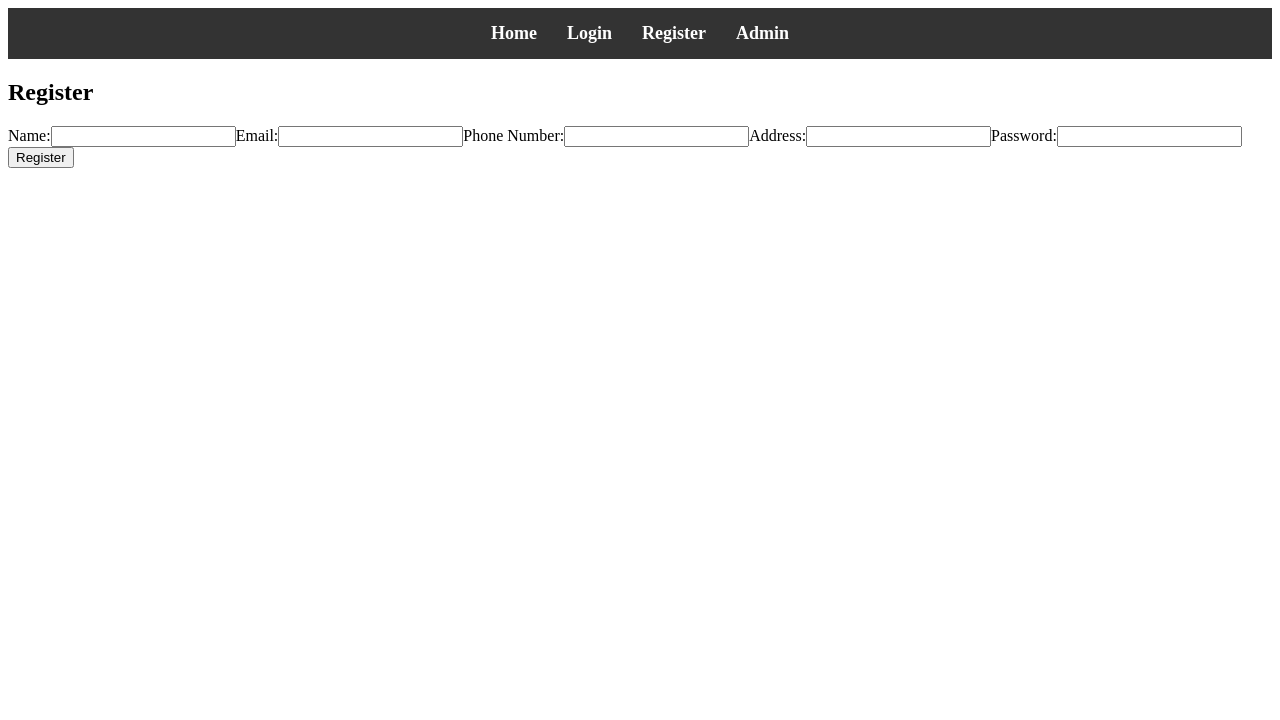
Repository: AhmedIbu/angular-login-app
Page: /register (app in angular-login-app/)
The author's editor kept a copy of each file at every save. The page is drawn from the files as they stood at one save, then again after the next save.
The browser window is 1280 px wide. The pictures show the whole page.
The project was rebuilt for these pictures with package versions that can differ from the ones it lists, and the page was loaded fresh each time. Also part of the build but not shown: angular-login-app/angular.json, angular-login-app/src/app/home/home.component.ts, angular-login-app/src/app/login/login.component.ts, angular-login-app/src/app/services/auth.service.ts, angular-login-app/src/app/admin-dashboard/admin-dashboard.component.ts, angular-login-app/src/app/admin-login/admin-login.component.ts, angular-login-app/src/app/user-dashboard/user-dashboard.component.ts.

Above is the page before, as saved 2025-02-21 11:16:36.

### angular-login-app/src/index.html
<!doctype html>
<html lang="en">
<head>
  <meta charset="utf-8">
  <title>AngularLoginApp</title>
  <base href="/">
  <meta name="viewport" content="width=device-width, initial-scale=1">
  <link rel="icon" type="image/x-icon" href="favicon.ico">
</head>
<body>
  <app-root></app-root>
</body>
</html>

### angular-login-app/src/styles.css
/*  app components css   */

/* Style the navigation bar */
.navbar {
  background: #333;
  padding: 15px;
  text-align: center;
}

/* Style the list */
.nav-list {
  list-style: none;
  padding: 0;
  margin: 0;
  display: flex;
  justify-content: center;
}

/* Style the navigation links */
.nav-list li {
  margin: 0 15px;
}

.nav-link {
  text-decoration: none;
  color: white;
  font-size: 18px;
  font-weight: bold;
  transition: color 0.3s ease-in-out;
}

/* Hover effect */
.nav-link:hover {
  color: #00c8ff;
}

/* Responsive design */
@media (max-width: 600px) {
  .nav-list {
    flex-direction: column;
  }

  .nav-list li {
    margin-bottom: 10px;
  }
}

### angular-login-app/src/main.ts
import { bootstrapApplication } from '@angular/platform-browser';
import { appConfig } from './app/app.config';
import { AppComponent } from './app/app.component';
import { provideHttpClient } from '@angular/common/http';

bootstrapApplication(AppComponent, {
  ...appConfig, // ✅ Spread existing config
  providers: [
    ...appConfig.providers, // ✅ Keep existing providers
    provideHttpClient() // ✅ Ensure HTTP client is provided
  ]
}).catch(err => console.error(err));

### angular-login-app/src/app/app.config.ts
import { ApplicationConfig } from '@angular/core';
import { provideRouter, Routes } from '@angular/router';
import { provideHttpClient } from '@angular/common/http';

// ✅ Import standalone components
import { HomeComponent } from './home/home.component';
import { LoginComponent } from './login/login.component';
import { RegisterComponent } from './register/register.component';
import { AdminDashboardComponent } from './admin-dashboard/admin-dashboard.component';
import { AdminLoginComponent } from './admin-login/admin-login.component';
import { UserDashboardComponent } from './user-dashboard/user-dashboard.component';

// ✅ Define routes
const routes: Routes = [
  { path: '', component: HomeComponent}, // Default route
  { path: 'login', component: LoginComponent },
  { path: 'register', component: RegisterComponent },
  { path: 'admin-login', component: AdminLoginComponent },
  { path: 'user-dashboard', component: UserDashboardComponent },
  { path: 'admin-dashboard', component: AdminDashboardComponent },
  { path: '**', redirectTo: 'user-dashboard' } // Catch-all for unknown routes
];

export const appConfig: ApplicationConfig = {
  providers: [
    provideRouter(routes),
    provideHttpClient()
  ]
};

### angular-login-app/src/app/app.component.ts
import { Component } from '@angular/core';
import { RouterModule } from '@angular/router';

@Component({
  selector: 'app-root',
  standalone: true,
  imports: [RouterModule],
  templateUrl: './app.component.html',
  styleUrls: ['./app.component.css','../styles.css']
})
export class AppComponent { }

### angular-login-app/src/app/register/register.component.ts
import { CommonModule } from '@angular/common';
import { Component } from '@angular/core';
import { FormsModule } from '@angular/forms';
import { UserService } from '../services/user.service';

@Component({
  selector: 'app-register',
  standalone: true,
  imports: [CommonModule, FormsModule],
  templateUrl: './register.component.html',
  styleUrls: ['./register.component.css']
})
export class RegisterComponent {
  user = { name: '', email: '', phone: '', address: '', password: '' };
  errorMessage = '';
  successMessage = '';
  loading = false; // ✅ Added loading state

  constructor(private userService: UserService) {}

  registerUser() {
    // ✅ Prevent duplicate submissions
    if (this.loading) return;

    // ✅ Validate form fields
    if (!this.validateForm()) {
      this.errorMessage = "All fields are required";
      return;
    }

    // ✅ Show loading state
    this.loading = true;
    this.errorMessage = '';
    this.successMessage = '';

    console.log('📤 Sending Data:', this.user); // Debugging

    this.userService.registerUser(this.user).subscribe({
      next: (response: any) => {
        console.log('✅ Registration successful:', response);
        this.successMessage = response.message || 'User Registered Successfully!';
        alert(this.successMessage);
        this.resetForm();
      },
      error: (error) => {
        console.error('❌ Registration failed:', error);
        this.errorMessage = error.error?.message || 'Registration failed. Try again.';
        alert(this.errorMessage);
      },
      complete: () => {
        this.loading = false; // ✅ Re-enable form after request completes
      }
    });
  }

  private validateForm(): boolean {
    return Object.values(this.user).every(value => value.trim() !== '');
  }

  private resetForm() {
    this.user = { name: '', email: '', phone: '', address: '', password: '' };
    this.errorMessage = '';
    this.successMessage = '';
  }
}

### angular-login-app/src/app/app.component.html
<nav class="navbar">
  <ul class="nav-list">
    <li><a routerLink="/" class="nav-link">Home</a></li>
    <li><a routerLink="/login" class="nav-link">Login</a></li>
    <li><a routerLink="/register" class="nav-link">Register</a></li>
    <li><a routerLink="/admin-login" class="nav-link">Admin</a></li>
  </ul>
</nav>

<router-outlet></router-outlet>

### angular-login-app/src/app/register/register.component.html
<div class=""></div>
<h2>Register</h2>
<form (ngSubmit)="registerUser()">
  <label>Name:</label>
  <input type="text" [(ngModel)]="user.name" name="name" required>

  <label>Email:</label>
  <input type="email" [(ngModel)]="user.email" name="email" required>

  <label>Phone Number:</label>
  <input type="text" id="phone" [(ngModel)]="user.phone" name="phone" required>

  <label for="address">Address:</label>
  <input type="text" id="address" [(ngModel)]="user.address" name="address" required>

  <label>Password:</label>
  <input type="password" [(ngModel)]="user.password" name="password" required>

  <button type="submit">Register</button>

  <p *ngIf="errorMessage" style="color: red;">{{ errorMessage }}</p>
</form>

### angular-login-app/src/app/register/register.component.css
/* Centering the register form */
.register-container {
    display: flex;
    justify-content: center;
    align-items: center;
    height: 100vh;
    background: linear-gradient(135deg, #ff9a9e, #fad0c4);
  }

  /* Glassmorphism effect for the form */
  .register-box {
    background: rgba(255, 255, 255, 0.2);
    backdrop-filter: blur(10px);
    border-radius: 12px;
    padding: 30px;
    box-shadow: 0 4px 6px rgba(0, 0, 0, 0.1);
    width: 320px;
    text-align: center;
    color: #fff;
  }

  /* Styling form elements */
  .register-box h2 {
    margin-bottom: 20px;
    font-size: 24px;
    font-weight: bold;
  }

  .register-box input {
    width: 100%;
    padding: 10px;
    margin: 10px 0;
    border: none;
    border-radius: 5px;
    font-size: 16px;
  }

  /* Register button styles */
  .register-btn {
    background: #ff758c;
    color: white;
    border: none;
    padding: 10px;
    font-size: 18px;
    width: 100%;
    border-radius: 5px;
    cursor: pointer;
    transition: 0.3s;
  }

  .register-btn:hover {
    background: #ff5277;
    transform: scale(1.05);
  }

  /* Style for the "Already have an account?" text */
  .register-box p {
    margin-top: 10px;
    font-size: 14px;
  }

  .register-box a {
    color: #fff;
    text-decoration: underline;
    transition: 0.3s;
  }

  .register-box a:hover {
    color: #ff5277;
  }

### angular-login-app/src/app/services/user.service.ts
import { Injectable } from '@angular/core';
import { HttpClient , HttpHeaders} from '@angular/common/http';
import { Observable } from 'rxjs';

@Injectable({
  providedIn: 'root'
})
export class UserService {
  private apiUrl = 'http://127.0.0.1:5000/get-users'; // Flask backend base URL

  constructor(private http: HttpClient) {}

  registerUser(userData: any) {
    return this.http.post('http://127.0.0.1:5000/register', userData, {
      headers: { 'Content-Type': 'application/json' }
    });
  }

  loginUser(credentials: any): Observable<any> {
    return this.http.post(`${this.apiUrl}/login`, credentials);
  }

  getUsers(): Observable<any> {
    const token = localStorage.getItem('token');
    const headers = new HttpHeaders({ 'Authorization': `Bearer ${token}` });

    return this.http.get<any>(this.apiUrl, { headers });
  }


  addUser(userData: any): Observable<any> {
    return this.http.post(`${this.apiUrl}/add-user`, userData);
  }
}

Loaded but not shown: angular-login-app/src/app/app.component.css (no stored copy; drawn as an empty file)

After the next save:
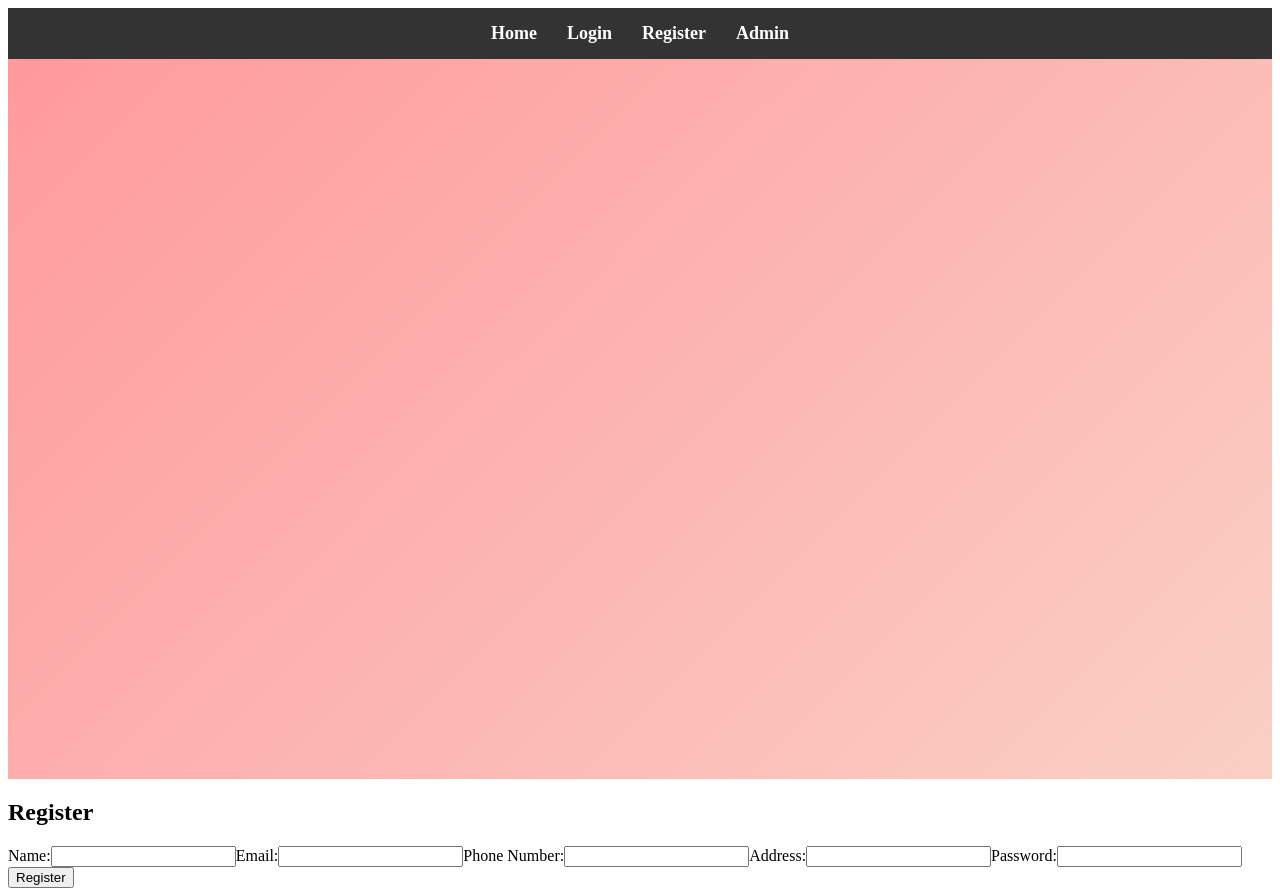
Saved 4 s later.
--- a/angular-login-app/src/app/register/register.component.html
+++ b/angular-login-app/src/app/register/register.component.html
@@ -1,4 +1,4 @@
-<div class=""></div>
+<div class="register-container"></div>
 <h2>Register</h2>
 <form (ngSubmit)="registerUser()">
   <label>Name:</label>
